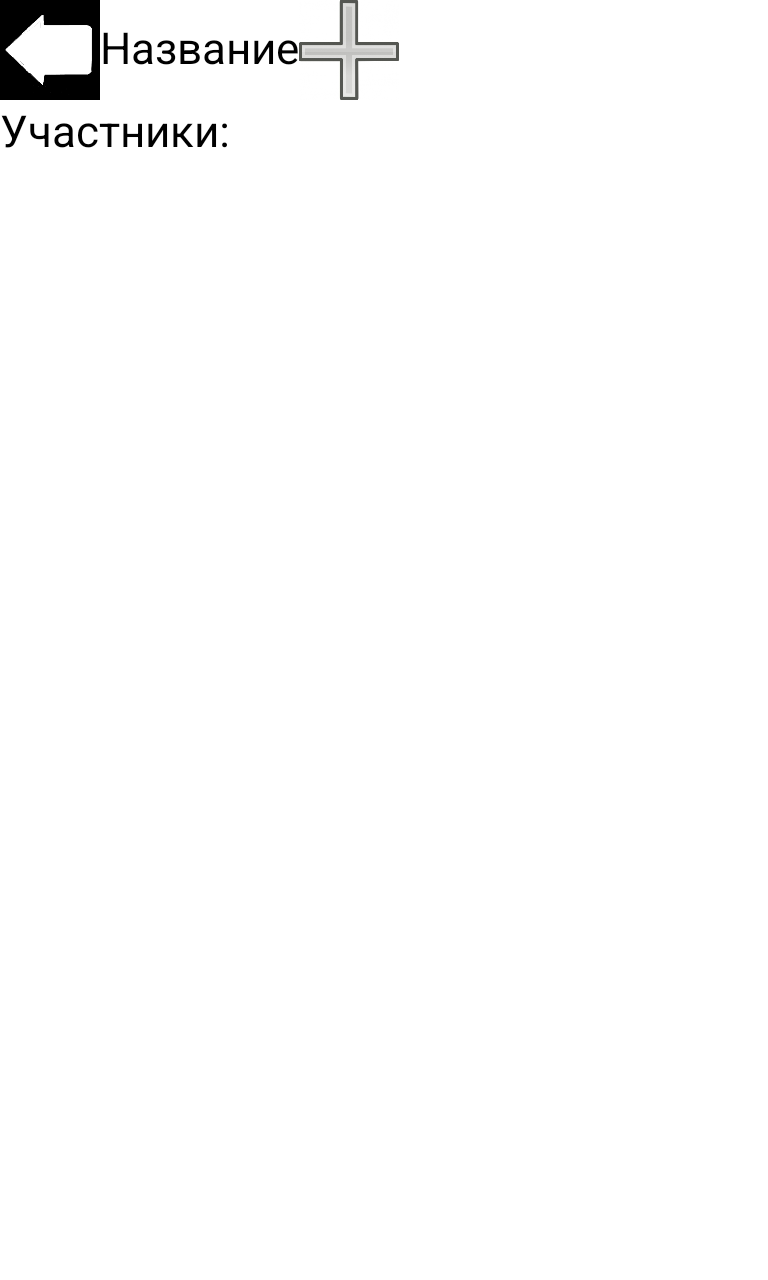
Repository: webguild/RedmineMobile
Layout: Android/RedmineAndroid/res/layout/project_settings_worker.xml
An editor plug-in stored every save of this project. The layout is shown before and after the next save, followed by the edit.
It is drawn on a 768 x 1280 px phone screen (xhdpi) without system bars, with theme AppTheme; the app's code is not run. Lists and similar views that code fills are empty.

Above is the layout before, as saved 2013-01-18 13:12:12.

### Android/RedmineAndroid/res/layout/project_settings_worker.xml
<?xml version="1.0" encoding="utf-8"?>
<LinearLayout xmlns:android="http://schemas.android.com/apk/res/android"
    android:layout_width="match_parent"
    android:layout_height="match_parent"
    android:orientation="vertical" >

    <LinearLayout
        android:layout_width="match_parent"
        android:layout_height="wrap_content" >

        <Button
            android:id="@+id/button1"
            android:layout_width="50dp"
            android:layout_height="50dp"
            android:background="@drawable/backbutton" />

        <TextView
            android:id="@+id/textView1"
            android:layout_width="wrap_content"
            android:layout_height="wrap_content"
            android:text="Название"
            android:textAppearance="?android:attr/textAppearanceLarge" />

        <Button
            android:id="@+id/button2"
            android:layout_width="50dp"
            android:layout_height="50dp"
            android:background="@drawable/greyplus" />

    </LinearLayout>

    <TextView
        android:id="@+id/textView2"
        android:layout_width="wrap_content"
        android:layout_height="wrap_content"
        android:text="Участники:"
        android:textAppearance="?android:attr/textAppearanceLarge" />

    <FrameLayout
        android:layout_width="300dp"
        android:layout_height="wrap_content" >

        <ListView
            android:id="@+id/listView1"
            android:layout_width="300dp"
            android:layout_height="wrap_content" >
        </ListView>

    </FrameLayout>

</LinearLayout>

Loaded but not shown: Android/RedmineAndroid/res/values/styles.xml (common file); Android/RedmineAndroid/res/values-v11/styles.xml (common file)

After the next save:
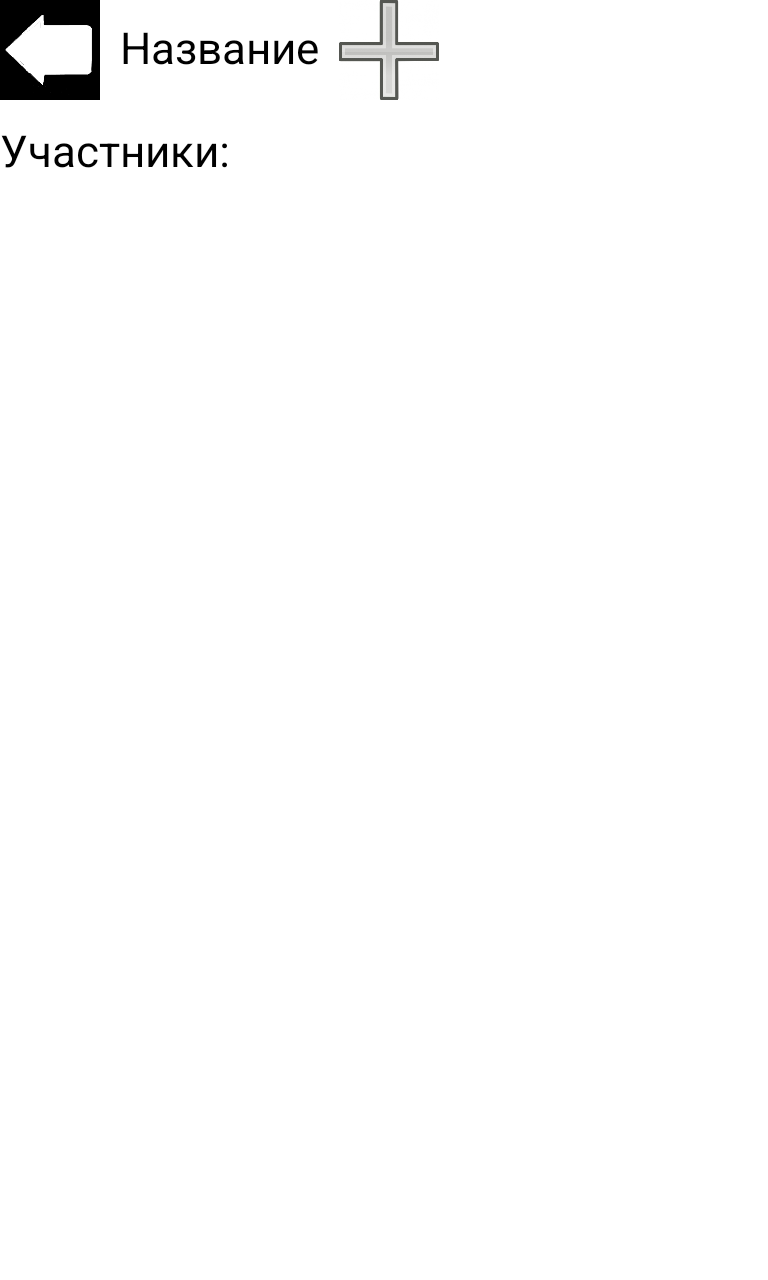
Saved 3 min 13 s later.
--- a/Android/RedmineAndroid/res/layout/project_settings_worker.xml
+++ b/Android/RedmineAndroid/res/layout/project_settings_worker.xml
@@ -18,6 +18,7 @@
             android:id="@+id/textView1"
             android:layout_width="wrap_content"
             android:layout_height="wrap_content"
+            android:layout_marginLeft="10dp"
             android:text="Название"
             android:textAppearance="?android:attr/textAppearanceLarge" />
 
@@ -25,6 +26,7 @@
             android:id="@+id/button2"
             android:layout_width="50dp"
             android:layout_height="50dp"
+            android:layout_marginLeft="10dp"
             android:background="@drawable/greyplus" />
 
     </LinearLayout>
@@ -33,8 +35,13 @@
         android:id="@+id/textView2"
         android:layout_width="wrap_content"
         android:layout_height="wrap_content"
+        android:layout_marginTop="10dp"
         android:text="Участники:"
         android:textAppearance="?android:attr/textAppearanceLarge" />
+
+    <ScrollView
+    android:layout_width="fill_parent"
+    android:layout_height="wrap_content">
 
     <FrameLayout
         android:layout_width="300dp"
@@ -43,9 +50,9 @@
         <ListView
             android:id="@+id/listView1"
             android:layout_width="300dp"
-            android:layout_height="wrap_content" >
+            android:layout_height="500dp" >
         </ListView>
 
     </FrameLayout>
-
+ </ScrollView>
 </LinearLayout>
